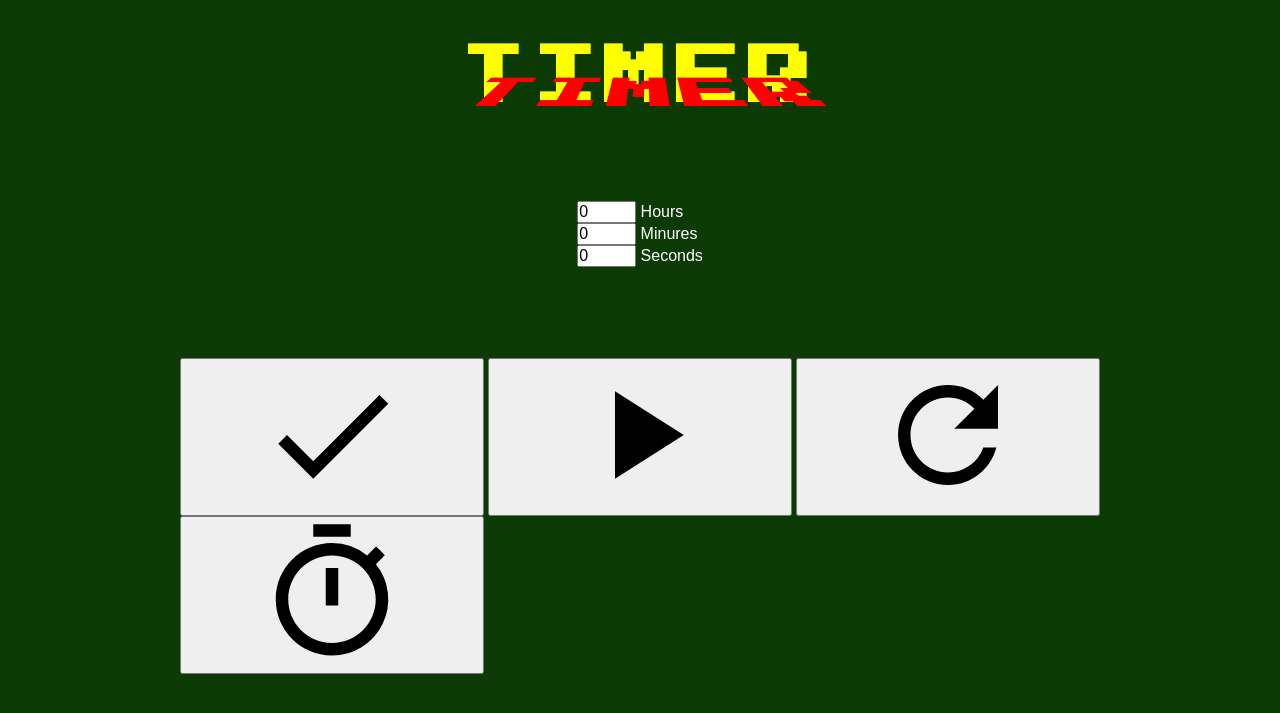
Repository: KrzysKolo/Projekt-12_Timer
Page: index.html
The author's editor kept a copy of each file at every save. The page is drawn from the files as they stood at one save, then again after the next save.
The browser window is 1280 px wide. The pictures show the whole page.
Some web fonts or font styles are not loaded; a fallback is used.

Above is the page before, as saved 2020-06-24 20:35:28.

After the next save:
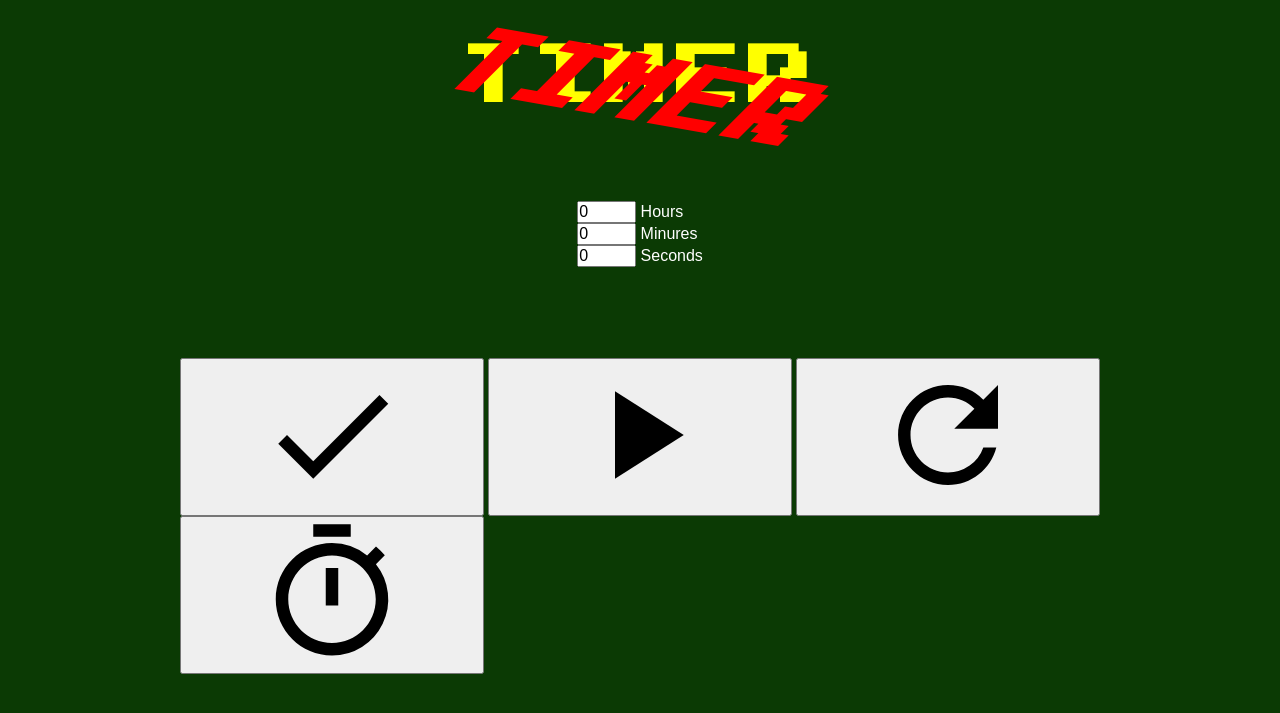
Saved 74 s later.
--- a/css/style.css
+++ b/css/style.css
@@ -38,7 +38,7 @@ body {
   text-transform: uppercase;
   letter-spacing: 8px;
   color: yellow;
-
+  perspective: 300px;
   position: relative;
 }
 .timer__heading::before {
@@ -46,7 +46,7 @@ body {
   color: red;
   font-size: 4rem;
   position: absolute;
-  left: 0.3rem;
+  left: -0.25rem;
   bottom: -0.99rem;
-  perspective: 300px;
+  transform: skew(-45deg, 10deg);
 }
